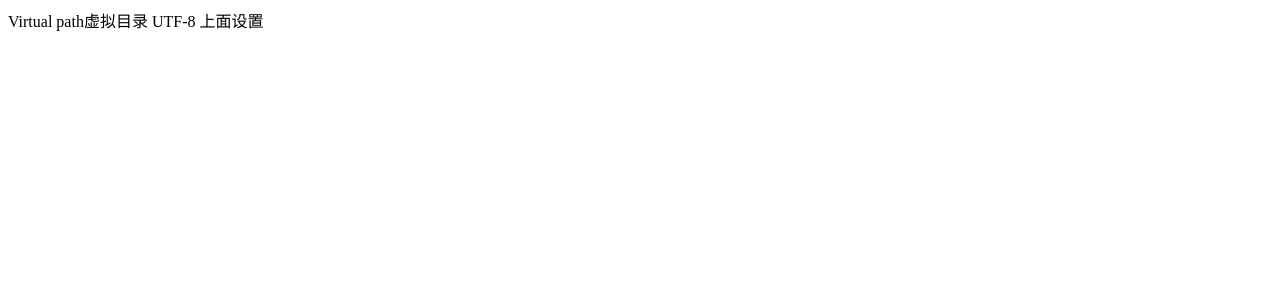
Repository: 1040003585/JavaWebTextbook
Page: http://localhost/helloapp/helloapp.jsp
An editor plug-in stored every save of this project. The page is shown before and after the next save, followed by the edit.
The browser window is 1280 px wide. The pictures show the whole page.
The page is served by Tomcat 9.

Above is the page before, as saved 2016-03-07 04:16:13.

After the next save:
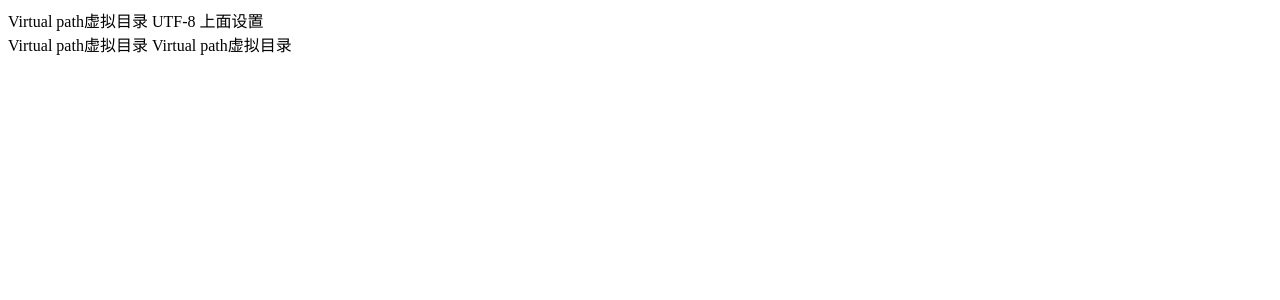
Saved 9 min 2 s later.
--- a/01第1章_JavaWeb应用开发技术概述/helloapp/WebContent/helloapp.jsp
+++ b/01第1章_JavaWeb应用开发技术概述/helloapp/WebContent/helloapp.jsp
@@ -7,6 +7,8 @@
 <title>Insert title here</title>
 </head>
 <body>
-  Virtual path虚拟目录  UTF-8 上面设置
+  Virtual path虚拟目录  UTF-8 上面设置<br>
+  	<%out.print(" Virtual path虚拟目录  ");
+  	out.println(" Virtual path虚拟目录  "); %>
 </body>
 </html>
